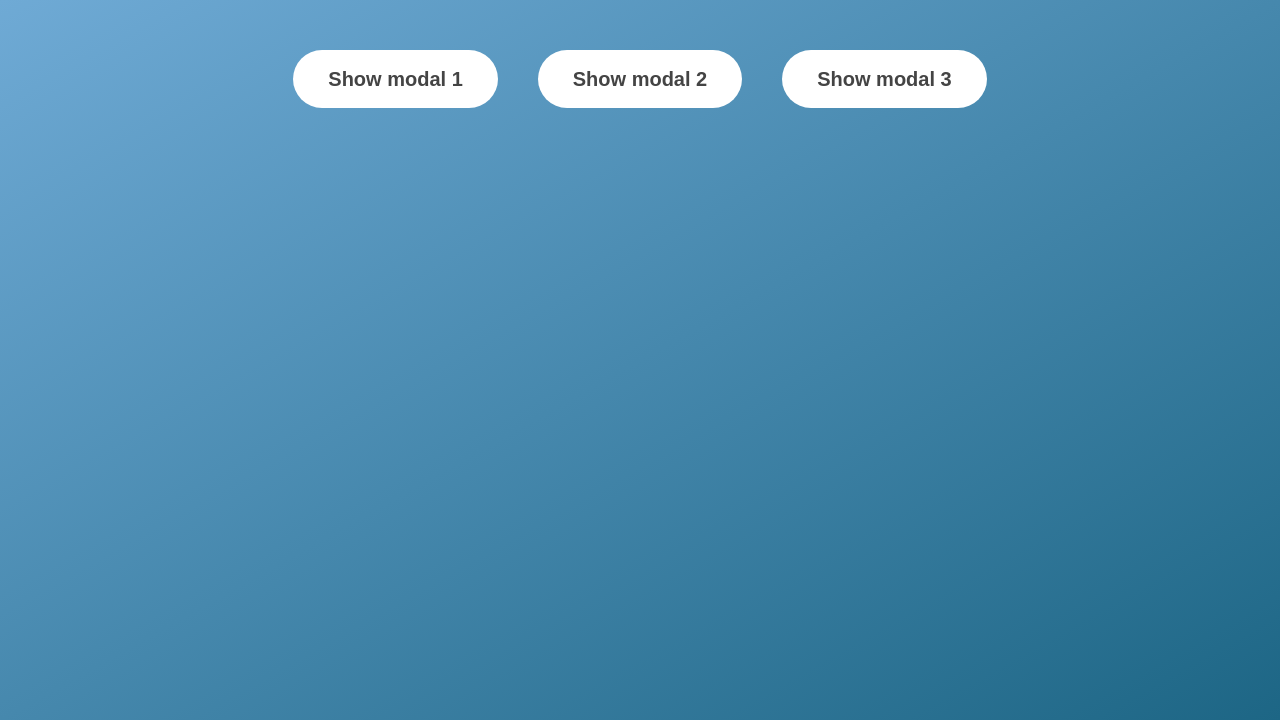
Repository: zeinawady/Jonas-Js-Course-Projects
Page: Modal Window/index.html
An editor plug-in stored every save of this project. The page is shown before and after the next save, followed by the edit.
The browser window is 1280 px wide. The pictures show the whole page.

Above is the page before, as saved 2024-11-23 17:00:54.

After the next save:
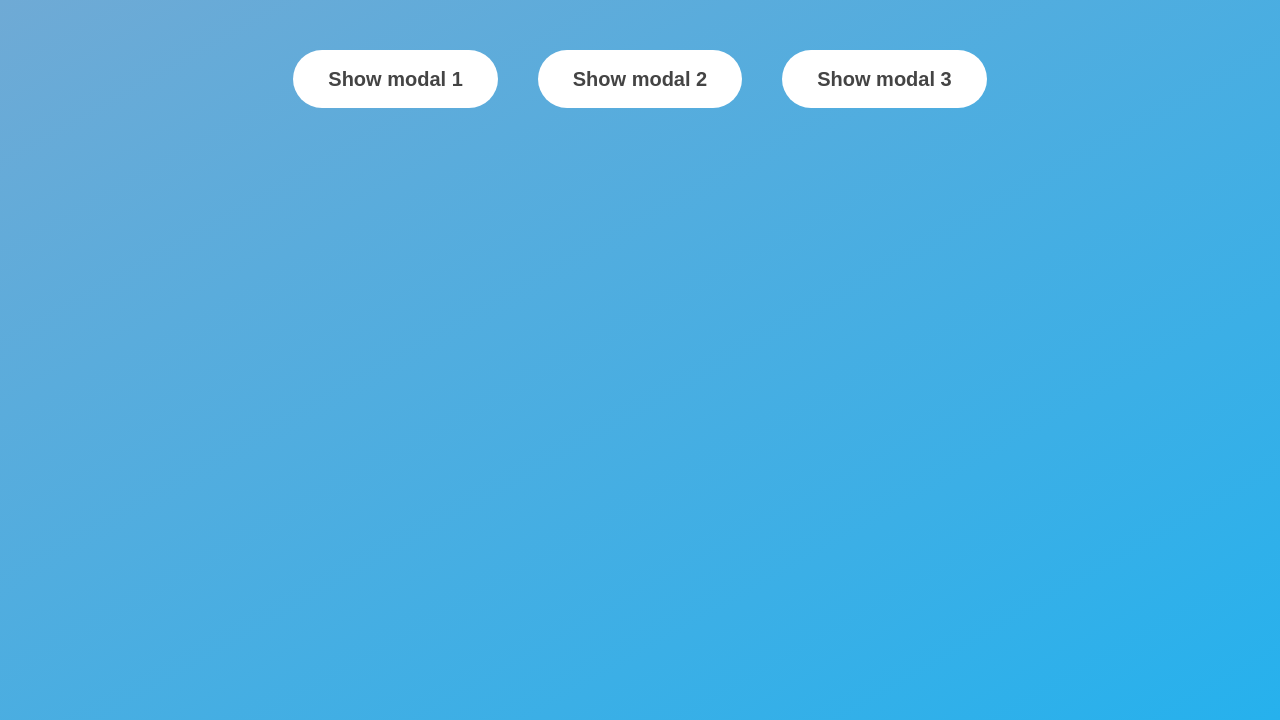
Saved 8 s later.
--- a/Modal Window/style.css
+++ b/Modal Window/style.css
@@ -18,7 +18,7 @@
     display: flex;
     align-items: flex-start;
     justify-content: center;
-    background: linear-gradient(to top left, #1d6685, #6faad5);
+    background: linear-gradient(to top left, #26b1ed, #6faad5);
   }
 
   .show-modal {
